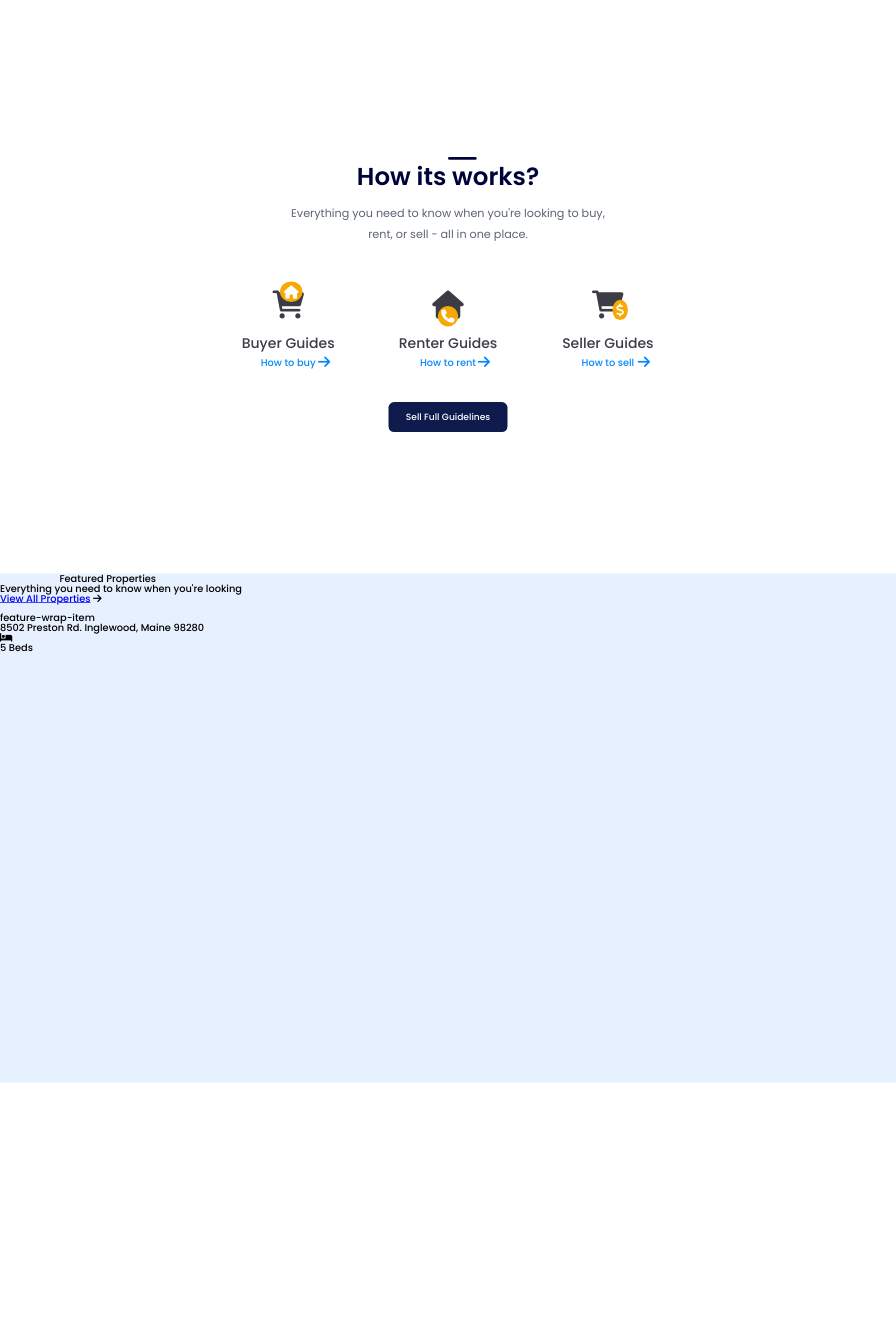
Repository: kauittt/f8-htmlcss-01
Page: index.html
An editor plug-in stored every save of this project. The page is shown before and after the next save, followed by the edit.
The browser window is 1280 px wide. The pictures show the part of the page from y = 935 to 2855 px (the page is 2911 px tall), at 70% of full size.

Above is the page before, as saved 2023-01-01 10:24:00.

### index.html
<!DOCTYPE html>
<html lang="en">
    <head>
        <meta charset="UTF-8" />
        <meta http-equiv="X-UA-Compatible" content="IE=edge" />
        <meta name="viewport" content="width=device-width, initial-scale=1.0" />
        <title>F8-PROJECT-01</title>
        <link rel="preconnect" href="https://cdnjs.cloudflare.com" />
        <link
            rel="stylesheet"
            href="https://cdnjs.cloudflare.com/ajax/libs/font-awesome/6.2.1/css/all.min.css"
        />
        <link rel="stylesheet" href="./assets/css/reset.css" />
        <link rel="stylesheet" href="./assets/fonts/stylesheet.css" />
        <link rel="stylesheet" href="./assets/css/styles.css" />
    </head>
    <body>
        <header id="header" class="colored">
            <div class="content">
                <div class="header-nav">
                    <p class="logo">Bensnik.</p>
                    <ul class="header-nav-list">
                        <li class="header-nav-list__item">Home</li>
                        <li class="header-nav-list__item">Features</li>
                        <li class="header-nav-list__item">Services</li>
                        <li class="header-nav-list__item">Resources</li>
                        <li class="header-nav-list__item">Contact</li>
                    </ul>

                    <div class="header-nav-account">
                        <p class="header-nav-account__general">Sign in</p>
                        <p class="header-nav-account__general btn">Sign up</p>
                    </div>
                </div>

                <div class="header-about">
                    <p class="header-about__welcome">
                        Welcome to Bensnik Agency
                    </p>
                    <h1 class="header-about__heading">
                        Discover a place you'll love to live
                    </h1>
                    <p class="header-about__desc">
                        Get the best real estate deals first, before they hit
                        the mass market! hot foreclosure deals with one simple
                        search
                    </p>
                    <p class="header-about__link btn">More About Us</p>
                </div>
            </div>
        </header>

        <div id="client">
            <div class="content">
                <div class="client-infor">
                    <p class="logo">Bensnik.</p>
                    <div class="client-infor-wrap">
                        <i class="fa-solid fa-star client-infor-wrap__item"></i>
                        <i class="fa-solid fa-star client-infor-wrap__item"></i>
                        <i class="fa-solid fa-star client-infor-wrap__item"></i>
                        <i class="fa-solid fa-star client-infor-wrap__item"></i>
                        <i class="fa-solid fa-star client-infor-wrap__item"></i>
                    </div>
                </div>
                <div class="client-infor">
                    <p class="client-infor__text">
                        More than 45,000+ companies trust besnik
                    </p>
                    <p class="client-infor__text">
                        5 Star Ratings (2k+ Review)
                    </p>
                </div>

                <div class="client-logo">
                    <img src="" alt="" />
                </div>
            </div>
        </div>

        <div id="desc">
            <div class="small-content desc-wrap">
                <div class="desc-heading">
                    <h2 class="desc-heading__title">How its works?</h2>
                    <p class="desc-heading__text">
                        Everything you need to know when you're looking to buy,
                        rent, or sell - all in one place.
                    </p>
                </div>

                <div class="desc-guide">
                    <div class="desc-guide-item">
                        <i
                            class="desc-guide-item__icon fa-solid fa-cart-shopping"
                        >
                        </i>
                        <i
                            class="desc-guide-item__childIcon desc-guide-item__childIcon--topCenter fa-solid fa-house"
                        ></i>
                        <p class="desc-guide-item__name">Buyer Guides</p>
                        <p class="desc-guide-item__instruc">
                            How to buy
                            <i
                                class="desc-guide-item__instruc__icon fa-solid fa-arrow-right"
                            ></i>
                        </p>
                    </div>
                    <div class="desc-guide-item">
                        <i
                            class="desc-guide-item__icon fa-solid fa-house"
                        ></i>
                        <i class="desc-guide-item__childIcon desc-guide-item__childIcon--bottomCenter fa-solid fa-phone"></i>
                        </i>
                        <p class="desc-guide-item__name">Renter Guides</p>
                        <p class="desc-guide-item__instruc">
                            How to rent
                            <i
                                class="desc-guide-item__instruc__icon fa-solid fa-arrow-right"
                            ></i>
                        </p>
                    </div>
                    <div class="desc-guide-item">
                        <i
                            class="desc-guide-item__icon fa-solid fa-cart-shopping"
                        >
                        </i>
                        <i class="desc-guide-item__childIcon item__childIcon--bottomRight fa-solid fa-dollar-sign"></i>

                        <p class="desc-guide-item__name">Seller Guides</p>
                        <p class="desc-guide-item__instruc">
                            How to sell
                            <i
                                class="desc-guide-item__instruc__icon fa-solid fa-arrow-right"
                            ></i>
                        </p>
                    </div>
                </div>

                <p class="desc__link btn">Sell Full Guidelines</p>
            </div>
        </div>

        <div id="feature" class="colored">
            <div class="content">
                <h2 class="feature__heading">Featured Properties</h2>
            </div>

            <div class="feature-more">
                <p class="feature-more__desc">
                    Everything you need to know when you're looking
                </p>

                <a href="#!" class="feature-more__link">View All Properties</a>
                <i
                    class="fa-solid fa-arrow-right"
                ></i>
            </div>

            <div class="feature-wrap">
                <div class="feature-wrap-item">
                    <img src="" alt="" class="feature-wrap-item__img">
                    <p class="feature-wrap-item__title">feature-wrap-item</p>
                    <p class="feature-wrap-item__text">8502 Preston Rd. Inglewood, Maine 98280</p>
                    <div class="feature-wrap-item-desc">
                        <i class="feature-wrap-item-desc__icon fa-solid fa-bed"></i>
                        <p class="feature-wrap-item-desc__text">5 Beds</p>
                    </div>
                </div>
            </div>
        </div>

        <div id="news">
            <div class="content"></div>
        </div>

        <footer id="footer">
            <div class="content">
                <div class="nav"></div>
            </div>
        </footer>

        <script src="./assets/js/basic.js"></script>
    </body>
</html>

### assets/css/reset.css
html,
body,
div,
span,
applet,
object,
iframe,
h1,
h2,
h3,
h4,
h5,
h6,
p,
blockquote,
pre,
a,
abbr,
acronym,
address,
big,
cite,
code,
del,
dfn,
em,
img,
ins,
kbd,
q,
s,
samp,
small,
strike,
strong,
sub,
sup,
tt,
var,
b,
u,
i,
center,
dl,
dt,
dd,
ol,
ul,
li,
fieldset,
form,
label,
legend,
table,
caption,
tbody,
tfoot,
thead,
tr,
th,
td,
article,
aside,
canvas,
details,
embed,
figure,
figcaption,
footer,
header,
hgroup,
menu,
nav,
output,
ruby,
section,
summary,
time,
mark,
audio,
video {
    margin: 0;
    padding: 0;
    border: 0;
    font-size: 100%;
    font: inherit;
    vertical-align: baseline;
}
article,
aside,
details,
figcaption,
figure,
footer,
header,
hgroup,
menu,
nav,
section {
    display: block;
}
body {
    line-height: 1;
}
ol,
ul {
    list-style: none;
}
blockquote,
q {
    quotes: none;
}
blockquote:before,
blockquote:after,
q:before,
q:after {
    content: "";
    content: none;
}
table {
    border-collapse: collapse;
    border-spacing: 0;
}

### assets/fonts/stylesheet.css
@font-face {
    font-family: "Poppins";
    src: url("Poppins/Poppins-Bold.woff2") format("woff2"),
        url("Poppins/Poppins-Bold.woff") format("woff");
    font-weight: bold;
    font-style: normal;
    font-display: swap;
}

@font-face {
    font-family: "Poppins";
    src: url("Poppins/Poppins-Black.woff2") format("woff2"),
        url("Poppins/Poppins-Black.woff") format("woff");
    font-weight: 900;
    font-style: normal;
    font-display: swap;
}

@font-face {
    font-family: "Poppins";
    src: url("Poppins/Poppins-BlackItalic.woff2") format("woff2"),
        url("Poppins/Poppins-BlackItalic.woff") format("woff");
    font-weight: 900;
    font-style: italic;
    font-display: swap;
}

@font-face {
    font-family: "Poppins";
    src: url("Poppins/Poppins-BoldItalic.woff2") format("woff2"),
        url("Poppins/Poppins-BoldItalic.woff") format("woff");
    font-weight: bold;
    font-style: italic;
    font-display: swap;
}

@font-face {
    font-family: "Poppins";
    src: url("Poppins/Poppins-ExtraBold.woff2") format("woff2"),
        url("Poppins/Poppins-ExtraBold.woff") format("woff");
    font-weight: bold;
    font-style: normal;
    font-display: swap;
}

@font-face {
    font-family: "Poppins";
    src: url("Poppins/Poppins-ExtraBoldItalic.woff2") format("woff2"),
        url("Poppins/Poppins-ExtraBoldItalic.woff") format("woff");
    font-weight: bold;
    font-style: italic;
    font-display: swap;
}

@font-face {
    font-family: "Poppins";
    src: url("Poppins/Poppins-ExtraLight.woff2") format("woff2"),
        url("Poppins/Poppins-ExtraLight.woff") format("woff");
    font-weight: 200;
    font-style: normal;
    font-display: swap;
}

@font-face {
    font-family: "Poppins";
    src: url("Poppins/Poppins-ExtraLightItalic.woff2") format("woff2"),
        url("Poppins/Poppins-ExtraLightItalic.woff") format("woff");
    font-weight: 200;
    font-style: italic;
    font-display: swap;
}

@font-face {
    font-family: "Poppins";
    src: url("Poppins/Poppins-Italic.woff2") format("woff2"),
        url("Poppins/Poppins-Italic.woff") format("woff");
    font-weight: normal;
    font-style: italic;
    font-display: swap;
}

@font-face {
    font-family: "Poppins";
    src: url("Poppins/Poppins-Light.woff2") format("woff2"),
        url("Poppins/Poppins-Light.woff") format("woff");
    font-weight: 300;
    font-style: normal;
    font-display: swap;
}

@font-face {
    font-family: "Poppins";
    src: url("Poppins/Poppins-LightItalic.woff2") format("woff2"),
        url("Poppins/Poppins-LightItalic.woff") format("woff");
    font-weight: 300;
    font-style: italic;
    font-display: swap;
}

@font-face {
    font-family: "Poppins";
    src: url("Poppins/Poppins-Medium.woff2") format("woff2"),
        url("Poppins/Poppins-Medium.woff") format("woff");
    font-weight: 500;
    font-style: normal;
    font-display: swap;
}

@font-face {
    font-family: "Poppins";
    src: url("Poppins/Poppins-MediumItalic.woff2") format("woff2"),
        url("Poppins/Poppins-MediumItalic.woff") format("woff");
    font-weight: 500;
    font-style: italic;
    font-display: swap;
}

@font-face {
    font-family: "Poppins";
    src: url("Poppins/Poppins-Regular.woff2") format("woff2"),
        url("Poppins/Poppins-Regular.woff") format("woff");
    font-weight: normal;
    font-style: normal;
    font-display: swap;
}

@font-face {
    font-family: "Poppins";
    src: url("Poppins/Poppins-SemiBold.woff2") format("woff2"),
        url("Poppins/Poppins-SemiBold.woff") format("woff");
    font-weight: 600;
    font-style: normal;
    font-display: swap;
}

@font-face {
    font-family: "Poppins";
    src: url("Poppins/Poppins-SemiBoldItalic.woff2") format("woff2"),
        url("Poppins/Poppins-SemiBoldItalic.woff") format("woff");
    font-weight: 600;
    font-style: italic;
    font-display: swap;
}

@font-face {
    font-family: "Poppins";
    src: url("Poppins/Poppins-Thin.woff2") format("woff2"),
        url("Poppins/Poppins-Thin.woff") format("woff");
    font-weight: 100;
    font-style: normal;
    font-display: swap;
}

@font-face {
    font-family: "Poppins";
    src: url("Poppins/Poppins-ThinItalic.woff2") format("woff2"),
        url("Poppins/Poppins-ThinItalic.woff") format("woff");
    font-weight: 100;
    font-style: italic;
    font-display: swap;
}

### assets/css/styles.css
/*! COMMON */
* {
    box-sizing: border-box;
}

html {
    font-size: 62.5%;
}

body {
    font-family: "Poppins", sans-serif;
    font-size: 1.4rem;
    font-weight: 500;
    display: flex;
    flex-direction: column;
}

:root {
    --main-color: #e6f0ff;
}

.colored {
    background-color: var(--main-color);
}

.content {
    max-width: 111rem;
    margin: 0 auto;
}

.small-content {
    max-width: 68.5rem;
    margin: 0 auto;
}

.logo {
    color: #000228;
    font-weight: 600;
    font-size: 3rem;
}

/*! HEADER */
#header {
    height: 73.6rem;
}

.header-nav {
    display: flex;
    margin-top: 38px;
    height: 4rem;
    justify-content: space-between;
    align-items: center;
}

.header-nav-list {
    display: flex;
    margin-left: -206px;
}

.header-nav-list__item {
    color: #4f5361;
}

.header-nav-list__item + .header-nav-list__item {
    margin-left: 28px;
}

.header-nav-account {
    display: flex;
}

.header-nav-account__general {
    padding: 10px 20px;
    color: #0f1b4c;
}

/*! BUTTONN */
.btn {
    display: inline-block;
    border-radius: 8px;
    color: #fff;
    background-color: #0f1b4c;
    align-items: center;
}
/*!  */

.header-about {
    margin-top: 138px;
    max-width: 55.9rem;
}

.header-about__welcome {
    font-size: 1.8rem;
    color: #687690;
}

.header-about__heading {
    font-size: 6.4rem;
    font-weight: 700;
    line-height: 7.6rem;
    margin: 8px 0 30px 0;
    color: #000336;
}

.header-about__desc {
    font-size: 1.8rem;
    line-height: 3.2rem;
    font-weight: 400;
    color: #5a6473;
}

.header-about__link {
    font-size: 1.3rem;
    padding: 15px 38px;
    margin-top: 40px;
}

/*! LOGO */
#client {
    height: 31.2rem;
    margin-top: 122px;
}

.client-infor {
    display: flex;
    justify-content: space-between;
    align-items: center;
}

.client-infor + .client-infor {
    margin-top: 15px;
}

.client-infor-wrap__item {
    display: inline-block;
    width: 2.03rem;
    height: 1.885rem;
    color: #ffca56;
    line-height: 3rem;
}

.client-infor__text {
    font-size: 1.6rem;
    color: #7d8589;
}

.client-logo {
}

/*! DESCRIPTION */
#desc {
    height: 58.5rem;
}

.desc-wrap {
    text-align: center;
}

.desc-heading {
    max-width: 45rem;
    margin: 0 auto;
    display: flex;
    flex-direction: column;
}

.desc-heading__title {
    font-size: 3.5rem;
    font-weight: 600;
    color: #000339;
    position: relative;
}

.desc-heading__title::before {
    content: "";
    display: block;
    position: absolute;

    width: 4.1rem;
    height: 0.4rem;
    background-color: #000339;

    left: 50%;
    top: -1rem;
    transform: t ranslateX(-50%);
    border-radius: 8px;
}

.desc-heading__text {
    font-size: 1.6rem;
    font-weight: 400;
    line-height: 3rem;
    margin-top: 2rem;
    color: #5a6473;
}

.desc-guide {
    display: flex;
    margin-top: 65px;
    margin-bottom: 50px;
}

.desc-guide-item {
    width: calc(100% / 3);
    position: relative;
}

.desc-guide-item__icon {
    color: #3b3c45;
    font-size: 4rem;
}

.desc-guide-item__childIcon {
    position: absolute;
    font-size: 1.9rem;
}

.desc-guide-item__childIcon--topCenter {
    left: 45%;
    top: -1.2rem;
    padding: 0.5rem;
    color: white;
    background: #f7a804;
    border-radius: 50%;
}
.desc-guide-item__childIcon--bottomCenter {
    left: 50%;
    transform: translateX(-50%);
    bottom: 5.8rem;
    padding: 0.5rem;
    color: white;
    background: #f7a804;
    border-radius: 50%;
}
.item__childIcon--bottomRight {
    left: 53%;
    bottom: 67px;
    background: #f7a804;
    color: white;
    padding: 0.5rem;
    border-radius: 50%;
}

.desc-guide-item__name {
    font-size: 2rem;
    color: #3b3c45;
    margin-top: 26px;
    margin-bottom: 10px;
}

.desc-guide-item__instruc {
    font-size: 1.4rem;
    color: #0689ff;
    position: relative;
}

.desc-guide-item__instruc__icon {
    position: absolute;
    font-size: 2rem;
    top: 50%;
    transform: translateY(-50%);
    right: 5.4rem;
}

.desc__link {
    padding: 15px 25px;
    font-size: 1.3rem;
}

/*! FEATURE */
#feature {
    height: 72.7rem;
}

/*! NEWS */
#new {
    height: 40.9rem;
}

/*! FOOTER */
#footer {
    height: 42.9rem;
}

Loaded but not shown: assets/js/basic.js (no copy from this time; the picture is the same without it)

After the next save:
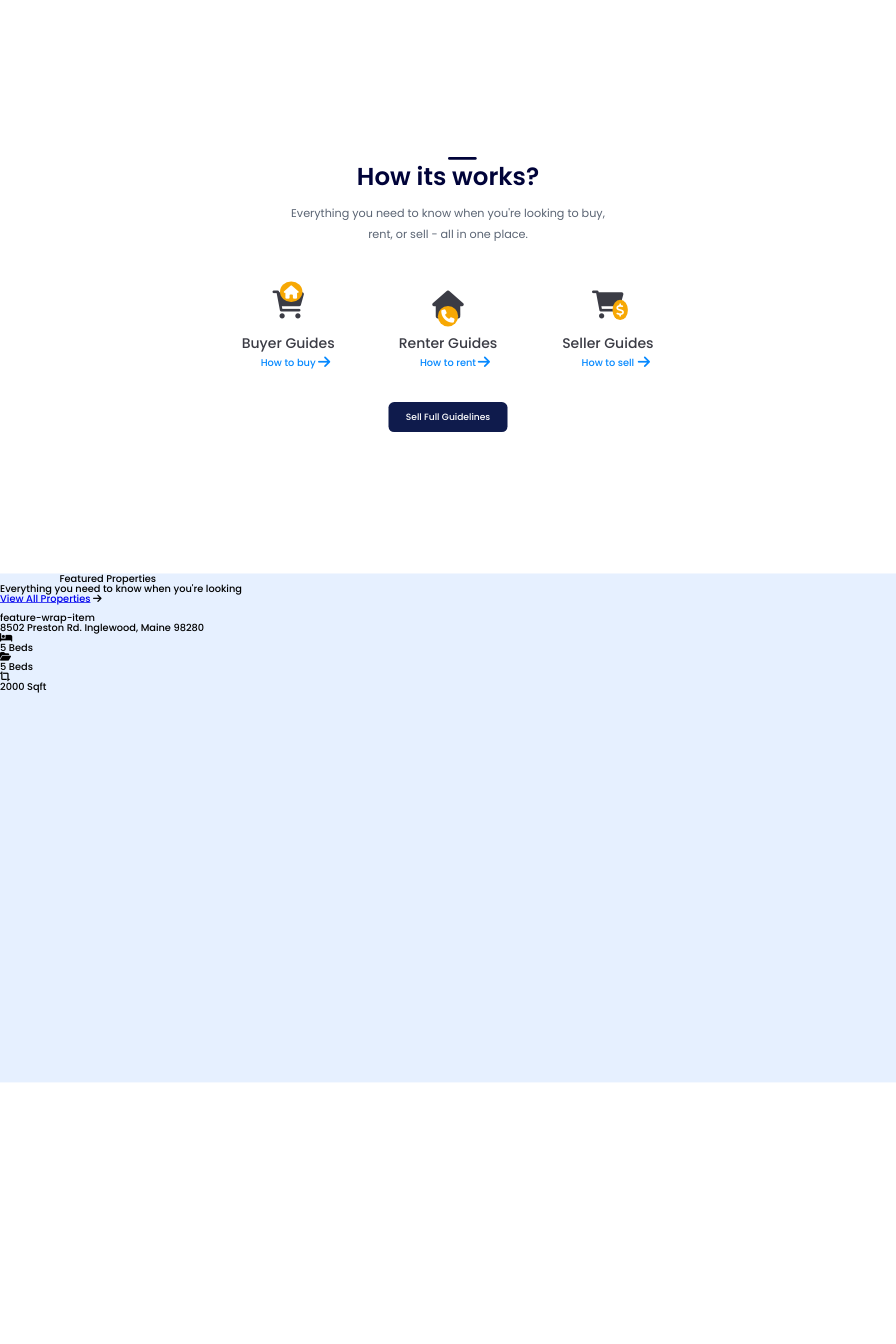
Saved 2 min 21 s later.
--- a/index.html
+++ b/index.html
@@ -163,6 +163,12 @@
                     <div class="feature-wrap-item-desc">
                         <i class="feature-wrap-item-desc__icon fa-solid fa-bed"></i>
                         <p class="feature-wrap-item-desc__text">5 Beds</p>
+
+                        <i class="fa-solid fa-folder-open"></i>
+                        <p class="feature-wrap-item-desc__text">5 Beds</p>
+
+                        <i class="fa-solid fa-crop-simple"></i>
+                        <p class="feature-wrap-item-desc__text">2000 Sqft</p>
                     </div>
                 </div>
             </div>
